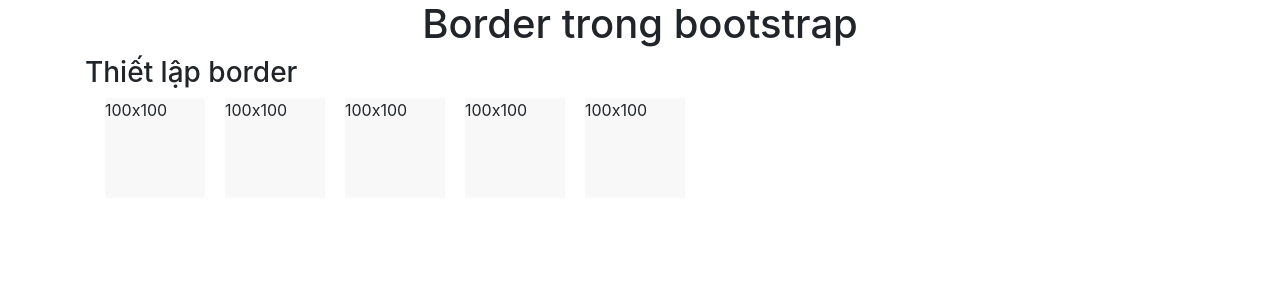
Repository: anhtu2110/front_end
Page: lesson/bootstrap/box/4.3-rounded.html
An editor plug-in stored every save of this project. The page is shown before and after the next save, followed by the edit.
The browser window is 1280 px wide. The pictures show the whole page.

Above is the page before, as saved 2022-12-02 08:21:01.

After the next save:
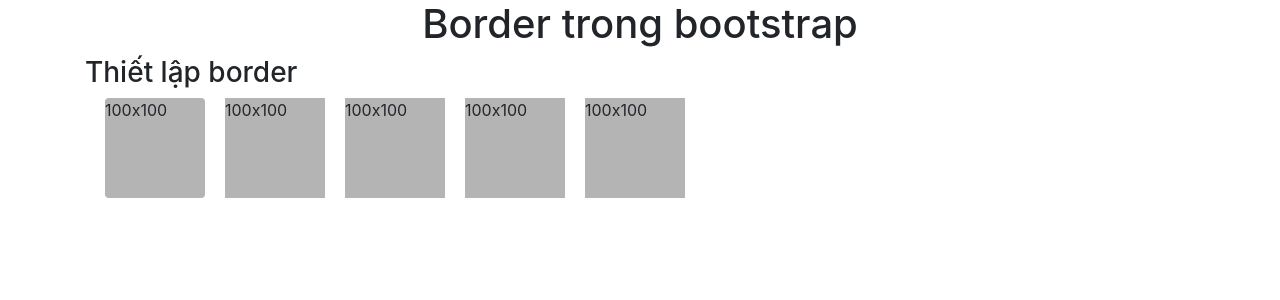
Saved 17 s later.
--- a/lesson/bootstrap/box/4.3-rounded.html
+++ b/lesson/bootstrap/box/4.3-rounded.html
@@ -14,7 +14,7 @@
         height: 100px;
         float: left;
         margin-left: 20px;
-        background-color: #f8f8f8;
+        background-color: #b4b4b4;
       }
     </style>
     <div class="container">
